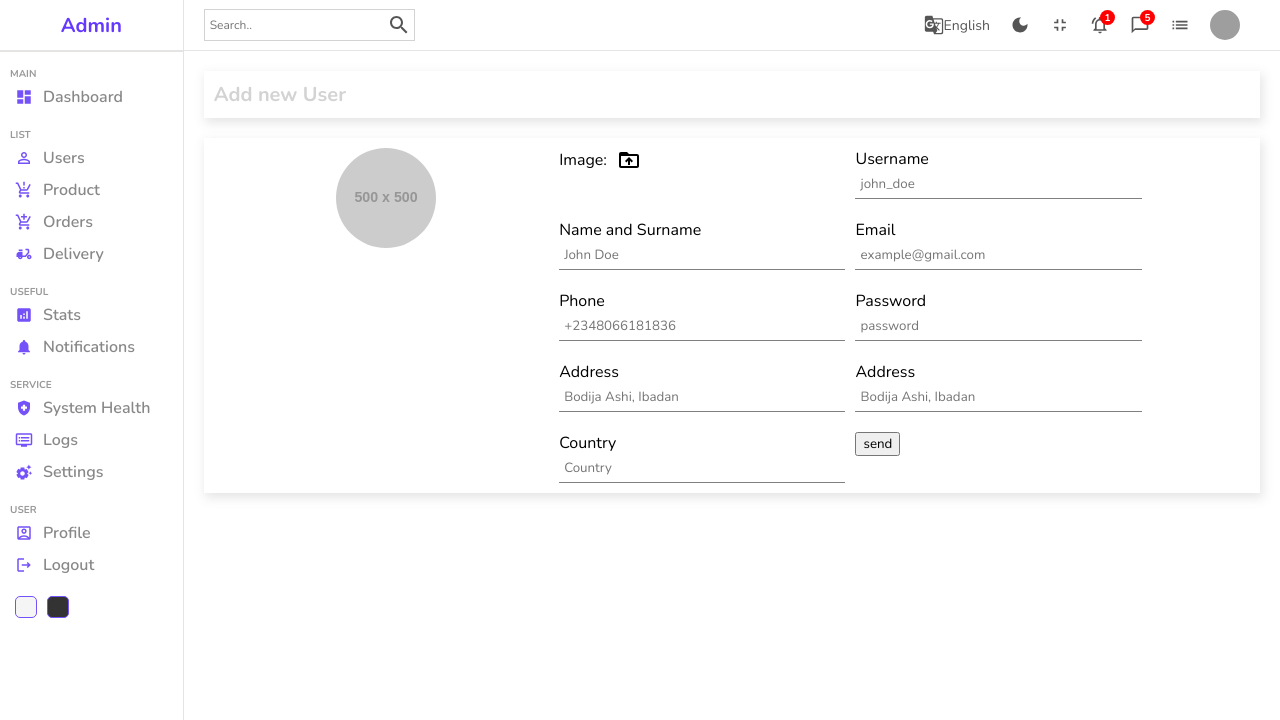
Repository: maescode/simple-react-admin-dashboard
Page: /users/new
The author's editor kept a copy of each file at every save. The page is drawn from the files as they stood at one save, then again after the next save.
The browser window is 1280 px wide. The pictures show the whole page.
Pictures or frames that could not be fetched are drawn as grey boxes. The project was rebuilt for these pictures with package versions that can differ from the ones it lists, and the page was loaded fresh each time. Also part of the build but not shown: src/App.css, src/pages/home/home.scss, src/pages/components/widget/widget.scss, src/pages/components/widget/Widget.jsx, src/pages/components/featured/featured.scss, src/pages/components/featured/Featured.jsx, src/pages/components/chart/chart.scss, src/pages/components/chart/Chart.jsx and 11 more.

Above is the page before, as saved 2022-08-10 06:09:43.

### public/index.html
<!DOCTYPE html>
<html lang="en">
  <head>
    <meta charset="utf-8" />
    <link rel="icon" href="%PUBLIC_URL%/favicon.ico" />
    <meta name="viewport" content="width=device-width, initial-scale=1" />
    <meta name="theme-color" content="#000000" />
    <meta
      name="description"
      content="Web site created using create-react-app"
    />
    <link rel="apple-touch-icon" href="%PUBLIC_URL%/logo192.png" />
    <link rel="manifest" href="%PUBLIC_URL%/manifest.json" />
    <link rel="preconnect" href="https://fonts.googleapis.com" />
    <link rel="preconnect" href="https://fonts.gstatic.com" crossorigin />
    <link
      href="https://fonts.googleapis.com/css2?family=Nunito:ital,wght@0,200;0,300;0,400;0,500;0,600;0,700;0,800;1,500&display=swap"
      rel="stylesheet"
    />
    <style>
      * {
        font-family: Nunito;
        margin: 0;
      }
    </style>
    <title>Dashboard</title>
  </head>
  <body>
    <noscript>You need to enable JavaScript to run this app.</noscript>
    <div id="root"></div>
  </body>
</html>

### src/App.js
import { BrowserRouter, Routes, Route, Link } from 'react-router-dom';
import './App.css';
import Home from './pages/home/Home';
import Login from './pages/login/Login';
import List from './pages/list/List';
import New from './pages/new/New';
import Single from './pages/single/Single';

function App() {
  return (
    <>
      <BrowserRouter>
        <Routes>
          <Route path="/">
            <Route index element={<Home />} />
            <Route path="login" element={<Login />} />
            <Route path="users">
              <Route index element={<List />} />
              <Route path=":userId" element={<Single />} />
              <Route path="new" element={<New />} />
            </Route>
            <Route path="products">
              <Route index element={<List />} />
              <Route path=":productsId" element={<Single />} />
              <Route path="new" element={<New />} />
            </Route>
          </Route>
        </Routes>
      </BrowserRouter>
    </>
  );
}

export default App;

### src/pages/new/New.jsx
import React from 'react';
import Navbar from '../components/navbar/Navbar';
import Sidebar from '../components/sidebar/Sidebar';
import Datatable from '../components/datatable/Datatable';
import Chart from '../components/chart/Chart';
import DriveFolderUploadIcon from '@mui/icons-material/DriveFolderUpload';

import './new.scss';

const New = () => {
  return (
    <div className="new">
      <Sidebar />
      <div className="newContainer">
        <Navbar />
        <div className="top">
          <h1>Add new User</h1>
        </div>
        <div className="bottom">
          <div className="left">
            <img
              src="http://dummyimage.com/500x500.png/dddddd/000000"
              alt="alt"
            />
          </div>
          <div className="right">
            <form className="form">
              <div className="formInput">
                <label htmlFor="file">
                  Image: <DriveFolderUploadIcon className="icon" />
                </label>
                <input
                  type="file"
                  name="file"
                  id="file"
                  style={{ display: 'none' }}
                />
              </div>

              <div className="formInput">
                <label>Username</label>
                <input type="text" name="username" placeholder="john_doe" />
              </div>

              <div className="formInput">
                <label>Name and Surname</label>
                <input
                  type="text"
                  name="name_and_surname"
                  placeholder="John Doe"
                />
              </div>

              <div className="formInput">
                <label>Email</label>
                <input
                  type="email"
                  name="email"
                  placeholder="example@gmail.com"
                />
              </div>

              <div className="formInput">
                <label>Phone</label>
                <input type="text" name="phone" placeholder="+2348066181836" />
              </div>

              <div className="formInput">
                <label>Password</label>
                <input type="password" name="password" placeholder="password" />
              </div>

              <div className="formInput">
                <label>Address</label>
                <input
                  type="text"
                  name="address"
                  placeholder="Bodija Ashi, Ibadan"
                />
              </div>

              <div className="formInput">
                <label>Address</label>
                <input
                  type="text"
                  name="address"
                  placeholder="Bodija Ashi, Ibadan"
                />
              </div>

              <div className="formInput">
                <label>Country</label>
                <input type="text" name="country" placeholder="Country" />
              </div>

              <div className="formInput">
                <button>send</button>
              </div>
            </form>
          </div>
        </div>
      </div>
    </div>
  );
};

export default New;

### src/pages/components/sidebar/Sidebar.jsx
import React from 'react';
import './sidebar.scss';
import DashboardIcon from '@mui/icons-material/Dashboard';
import PersonOutlineOutlinedIcon from '@mui/icons-material/PersonOutlineOutlined';
import ProductionQuantityLimitsOutlinedIcon from '@mui/icons-material/ProductionQuantityLimitsOutlined';
import LogoutOutlinedIcon from '@mui/icons-material/LogoutOutlined';
import AccountBoxOutlinedIcon from '@mui/icons-material/AccountBoxOutlined';
import AddShoppingCartIcon from '@mui/icons-material/AddShoppingCart';
import DeliveryDiningIcon from '@mui/icons-material/DeliveryDining';
import AnalyticsIcon from '@mui/icons-material/Analytics';
import NotificationsIcon from '@mui/icons-material/Notifications';
import HealthAndSafetyIcon from '@mui/icons-material/HealthAndSafety';
import DvrIcon from '@mui/icons-material/Dvr';
import SettingsSuggestIcon from '@mui/icons-material/SettingsSuggest';
const Sidebar = () => {
  return (
    <div className="sidebar">
      <div className="top">
        <span className="logo">Admin</span>
      </div>
      <hr />
      <div className="center">
        <ul>
          <p className="title">MAIN</p>
          <li>
            <DashboardIcon className="icon" />
            <span>Dashboard</span>
          </li>
          <p className="title">LIST</p>
          <li>
            <PersonOutlineOutlinedIcon className="icon" />
            <span>Users</span>
          </li>
          <li>
            <ProductionQuantityLimitsOutlinedIcon className="icon" />
            <span>Product</span>
          </li>
          <li>
            <AddShoppingCartIcon className="icon" />
            <span>Orders</span>
          </li>
          <li>
            <DeliveryDiningIcon className="icon" />
            <span>Delivery</span>
          </li>
          <p className="title">USEFUL</p>
          <li>
            <AnalyticsIcon className="icon" />
            <span>Stats</span>
          </li>
          <li>
            <NotificationsIcon className="icon" />
            <span>Notifications</span>
          </li>
          <p className="title">SERVICE</p>
          <li>
            <HealthAndSafetyIcon className="icon" />
            <span>System Health</span>
          </li>
          <li>
            <DvrIcon className="icon" />
            <span>Logs</span>
          </li>
          <li>
            <SettingsSuggestIcon className="icon" />
            <span>Settings</span>
          </li>
          <p className="title">USER</p>
          <li>
            <AccountBoxOutlinedIcon className="icon" />
            <span>Profile</span>
          </li>
          <li>
            <LogoutOutlinedIcon className="icon" />
            <span>Logout</span>
          </li>
        </ul>
      </div>
      <div className="bottom">
        <div className="colorOption"></div>
        <div className="colorOption"></div>
      </div>
    </div>
  );
};

export default Sidebar;

### src/pages/components/navbar/Navbar.jsx
import React from 'react';
import './navbar.scss';
import SearchIcon from '@mui/icons-material/Search';
import GTranslateIcon from '@mui/icons-material/GTranslate';
import DarkModeIcon from '@mui/icons-material/DarkMode';
import FullscreenExitIcon from '@mui/icons-material/FullscreenExit';
import NotificationsActiveOutlinedIcon from '@mui/icons-material/NotificationsActiveOutlined';
import ChatBubbleOutlineOutlinedIcon from '@mui/icons-material/ChatBubbleOutlineOutlined';
import ListOutlinedIcon from '@mui/icons-material/ListOutlined';

const Navbar = () => {
  return (
    <div className="navbar">
      <div className="wrapper">
        <div className="search">
          <input type="search" placeholder="Search.." className="" />
          <SearchIcon />
        </div>
        <div className="items">
          <div className="item">
            <GTranslateIcon className="icon" />
            English
          </div>
          <div className="item">
            <DarkModeIcon className="icon" />
          </div>
          <div className="item">
            <FullscreenExitIcon className="icon" />
          </div>
          <div className="item">
            <NotificationsActiveOutlinedIcon className="icon" />
            <div className="counter">1</div>
          </div>
          <div className="item">
            <ChatBubbleOutlineOutlinedIcon className="icon" />
            <div className="counter">5</div>
          </div>
          <div className="item">
            <ListOutlinedIcon className="icon" />
          </div>

          <div className="item">
            <img
              src={'https://picsum.photos/id/237/200/300'}
              className="avatar"
              alt="icon"
            />
          </div>
        </div>
      </div>
    </div>
  );
};

export default Navbar;

### src/pages/new/new.scss
.new {
  width: 100%;
  display: flex;

  .newContainer {
    flex: 6;

    .top,
    .bottom {
      padding: 10px;
      margin: 20px;
      -webkit-box-shadow: 2px 4px 10px 1px rgba(0, 0, 0, 0.47);
      box-shadow: 2px 4px 10px 1px rgba(201, 201, 201, 0.47);
      display: flex;

      h1 {
        color: lightgrey;
        font-size: 20px;
      }
    }

    .left {
      flex: 1;
      text-align: center;
      img {
        width: 100px;
        height: 100px;
        border-radius: 50%;
        object-fit: contain;
      }
    }
    .right {
      flex: 2;
      form {
        display: flex;
        flex-wrap: wrap;
        gap: 20px;

        .formInput {
          width: 40%;

          label {
            display: flex;
            align-items: center;
            gap: 10px;

            icon {
              cursor: pointer;
            }
          }

          input {
            width: 100%;
            padding: 5px;
            border: none;
            border-bottom: 1px solid gray;
          }
        }
      }
    }
  }
}

### src/pages/components/sidebar/sidebar.scss
.sidebar {
  flex: 1;
  border-right: 0.5px solid rgb(230, 227, 227);
  min-height: 100vh;
  background-color: white;
  .top {
    height: 50px;
    display: flex;
    align-items: center;
    justify-content: center;

    .logo {
      font-size: 20px;
      font-weight: bold;
      color: #6439ff;
    }
  }

  hr {
    height: 0;
    border: 0.5px solid rgb(230, 227, 227);
  }

  .center {
    padding-left: 10px;
    ul {
      list-style: none;
      margin: 0;
      padding: 0;

      li {
        display: flex;
        align-items: center;
        padding: 5px;
        cursor: pointer;
        &:hover {
          background-color: #ece8ff;
        }

        .icon {
          font-size: 18px;
          color: #7451f8;
        }

        span {
          font: size 13px;
          font-weight: 600;
          color: #888;
          margin-left: 10px;
        }
      }

      .title {
        font-size: 10px;
        font-weight: bold;
        color: #999;
        margin-top: 15px;
      }
    }
  }

  .bottom {
    display: flex;
    align-items: center;
    margin: 10px;

    .colorOption {
      width: 20px;
      height: 20px;
      border-radius: 5px;
      border: 1px solid #7451f8;
      cursor: pointer;
      margin: 5px;

      &:nth-child(1) {
        background-color: whitesmoke;
      }
      &:nth-child(2) {
        background-color: #333;
      }
    }
  }
}

### src/pages/components/navbar/navbar.scss
.navbar {
  height: 50px;
  border-bottom: 0.5px solid rgb(231, 228, 228);
  display: flex;
  align-items: center;
  font-size: 14px;
  color: #555;

  .wrapper {
    width: 100%;
    display: flex;
    align-items: center;
    justify-content: space-between;
    padding: 20px;

    .search {
      display: flex;
      align-items: center;
      border: 0.5px solid lightgrey;
      padding: 3px;

      input {
        border: none;
        outline: none;
        background-color: transparent;

        &::placeholder {
          font-size: 12px;
        }
      }
    }

    .items {
      display: flex;
      align-items: center;

      .item {
        display: flex;
        align-items: center;
        margin-right: 20px;
        position: relative;
        cursor: pointer;

        .icon {
          font-size: 20px;
        }

        .avatar {
          width: 30px;
          height: 30px;
          border-radius: 100%;
        }
        .counter {
          background-color: red;
          width: 15px;
          height: 15px;
          border-radius: 100%;
          color: white;
          display: flex;
          align-items: center;
          justify-content: center;
          font-size: 10px;
          font-weight: bold;
          position: absolute;
          top: -5px;
          right: -5px;
        }
      }
    }
  }
}

Loaded but not shown: src/index.js (common file); src/index.css (common file); src/reportWebVitals.js (common file)

After the next save:
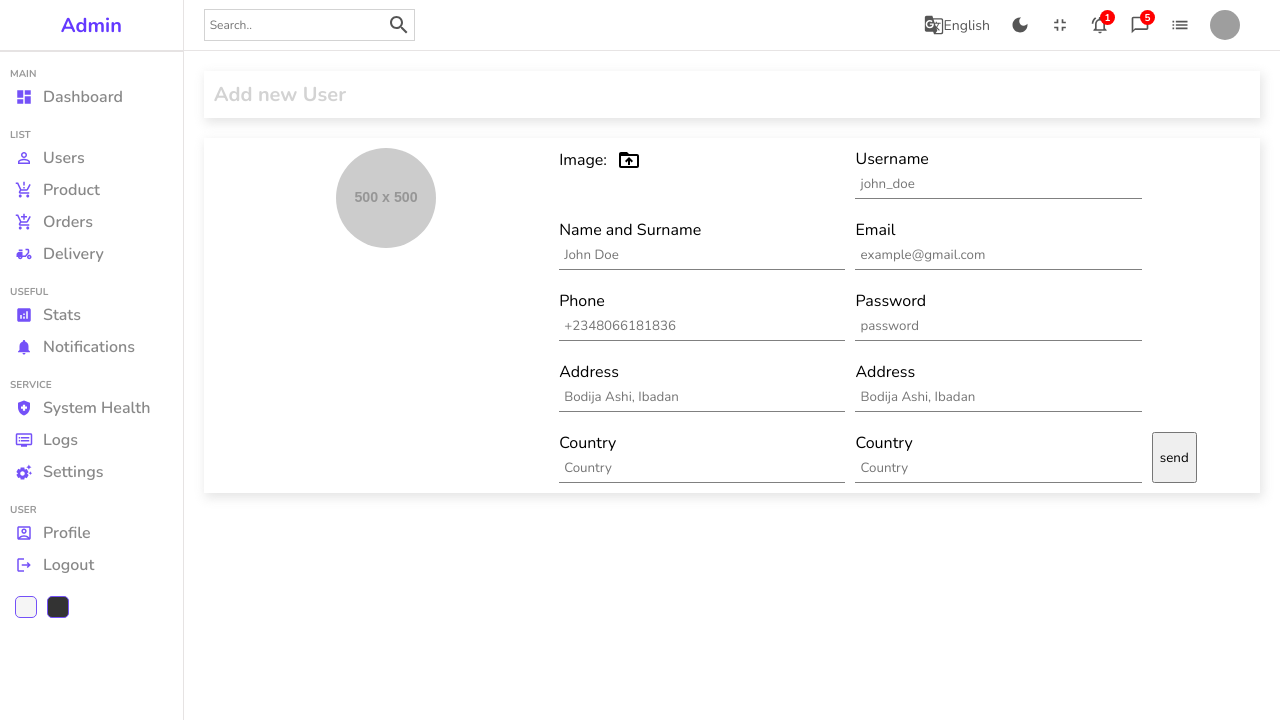
Saved 10 s later.
--- a/src/pages/new/New.jsx
+++ b/src/pages/new/New.jsx
@@ -94,8 +94,11 @@ const New = () => {
               </div>
 
               <div className="formInput">
-                <button>send</button>
+                <label>Country</label>
+                <input type="text" name="country" placeholder="Country" />
               </div>
+
+              <button>send</button>
             </form>
           </div>
         </div>
